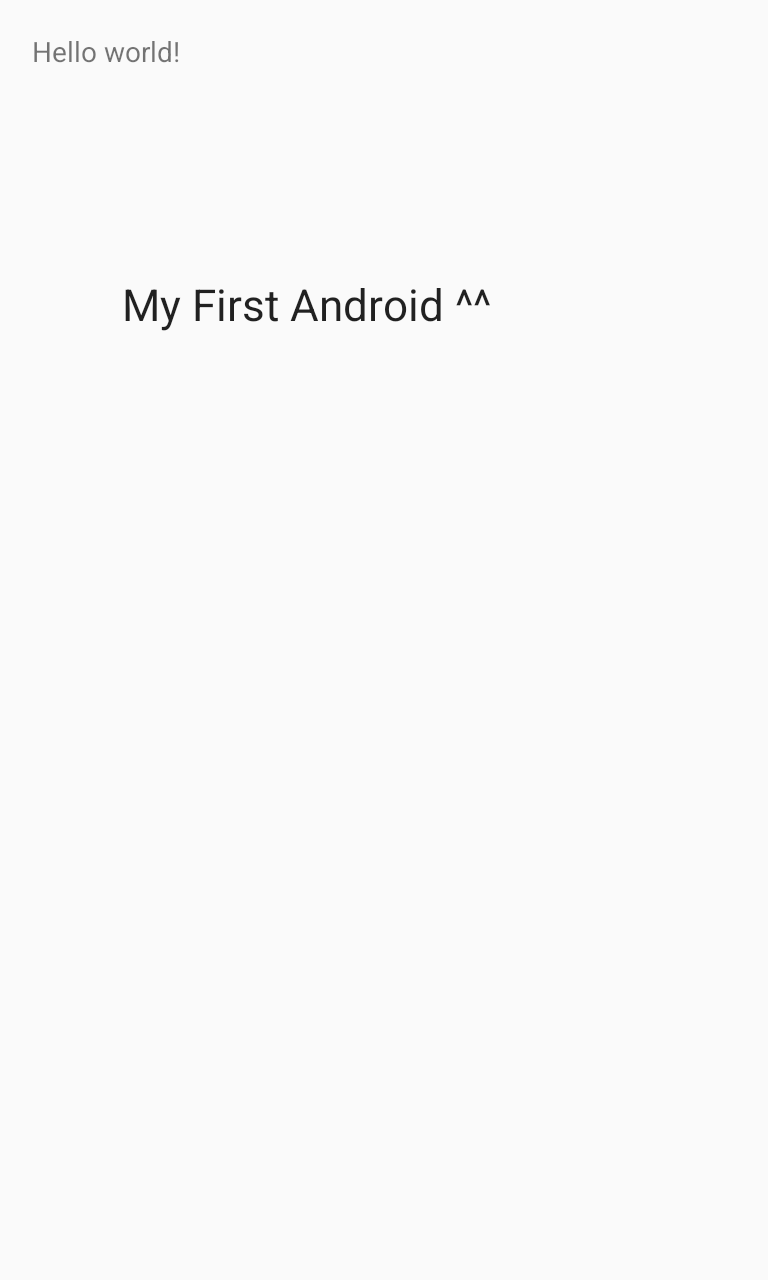
Repository: kol0372/woo
Layout: andworkspace/and1007_start/res/layout/activity_main.xml
These files come from the project's save history. The layout is drawn as it stood at one moment and after the next save; the edit follows.
It is drawn on a 768 x 1280 px phone screen (xhdpi) without system bars, with theme AppTheme; the app's code is not run.

Above is the layout before, as saved 2014-10-07 08:23:16.

### andworkspace/and1007_start/res/layout/activity_main.xml
<RelativeLayout xmlns:android="http://schemas.android.com/apk/res/android"
    xmlns:tools="http://schemas.android.com/tools"
    android:layout_width="match_parent"
    android:layout_height="match_parent"
    android:paddingBottom="@dimen/activity_vertical_margin"
    android:paddingLeft="@dimen/activity_horizontal_margin"
    android:paddingRight="@dimen/activity_horizontal_margin"
    android:paddingTop="@dimen/activity_vertical_margin"
    tools:context="kr.or.kosta.and1007_start.MainActivity" >

    <TextView
        android:id="@+id/textView1"
        android:layout_width="wrap_content"
        android:layout_height="wrap_content"
        android:text="@string/hello_world" />

    <TextView
        android:id="@+id/textView2"
        android:layout_width="wrap_content"
        android:layout_height="wrap_content"
        android:layout_alignLeft="@+id/textView1"
        android:layout_below="@+id/textView1"
        android:layout_marginLeft="45dp"
        android:layout_marginTop="102dp"
        android:text="@string/hello_text"
        android:textAppearance="?android:attr/textAppearanceLarge" />
    	android:textcolor="#330033"

</RelativeLayout>

### andworkspace/and1007_start/res/values/strings.xml
<?xml version="1.0" encoding="utf-8"?>
<resources>

    <string name="app_name">and1007_start</string>
    <string name="hello_world">Hello world!</string>
    <string name="action_settings">Settings</string>
    <string name="hello_text">My First Android ^^</string>

</resources>

Loaded but not shown: andworkspace/and1007_start/res/values/styles.xml (common file); andworkspace/and1007_start/res/values-v11/styles.xml (common file); andworkspace/and1007_start/res/values-v14/styles.xml (common file); andworkspace/and1007_start/res/values/dimens.xml (common file); andworkspace/and1007_start/res/values-w820dp/dimens.xml (common file)

After the next save:
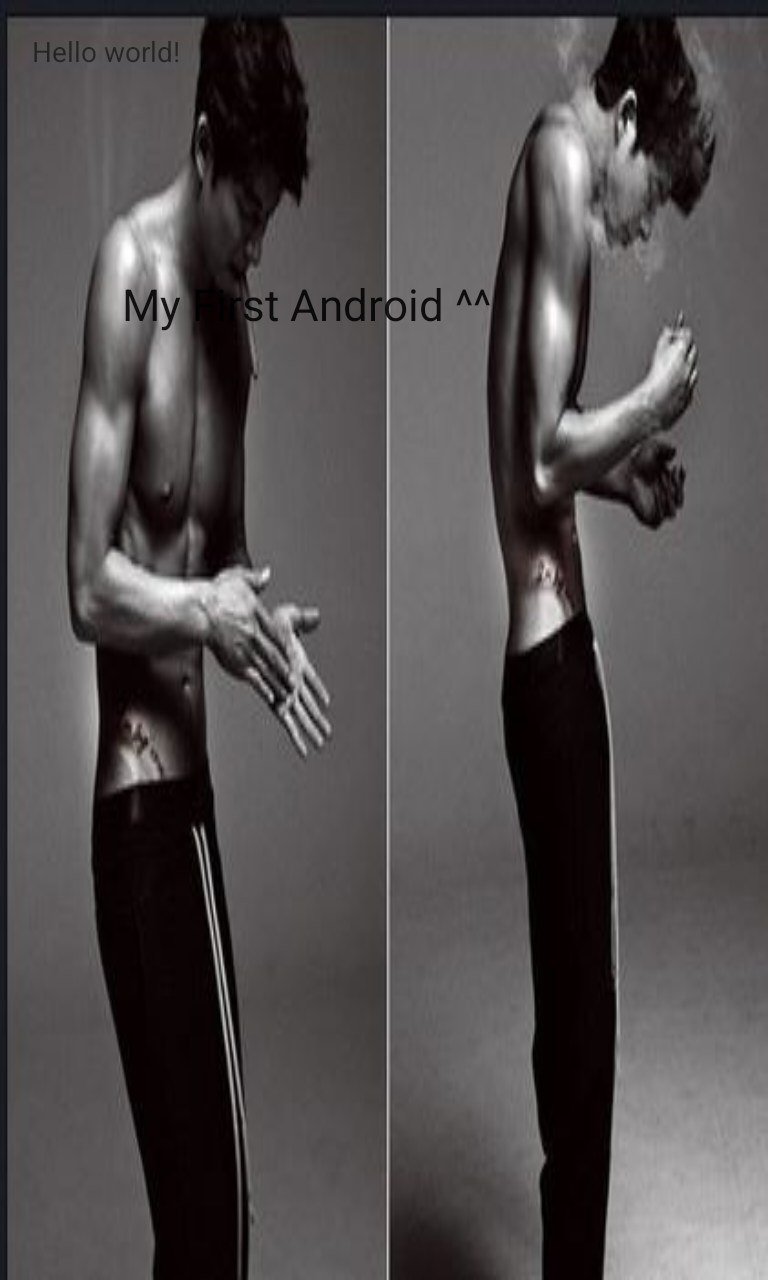
Saved 8 min 58 s later.
--- a/andworkspace/and1007_start/res/layout/activity_main.xml
+++ b/andworkspace/and1007_start/res/layout/activity_main.xml
@@ -2,6 +2,7 @@
     xmlns:tools="http://schemas.android.com/tools"
     android:layout_width="match_parent"
     android:layout_height="match_parent"
+    android:background="@drawable/rwg"
     android:paddingBottom="@dimen/activity_vertical_margin"
     android:paddingLeft="@dimen/activity_horizontal_margin"
     android:paddingRight="@dimen/activity_horizontal_margin"
